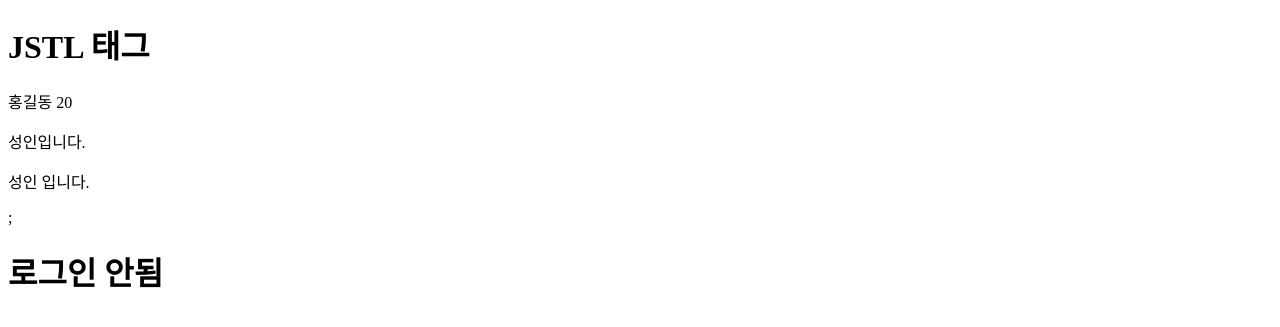
Repository: HwangEojin/homework
Page: http://localhost/day03/jstlTest2.jsp
These files come from the project's save history. The page is drawn as it stood at one moment and after the next save; the edit follows.
The browser window is 1280 px wide. The pictures show the whole page.
The page is served by Tomcat 9.

Above is the page before, as saved 2025-01-14 06:16:25.

After the next save:
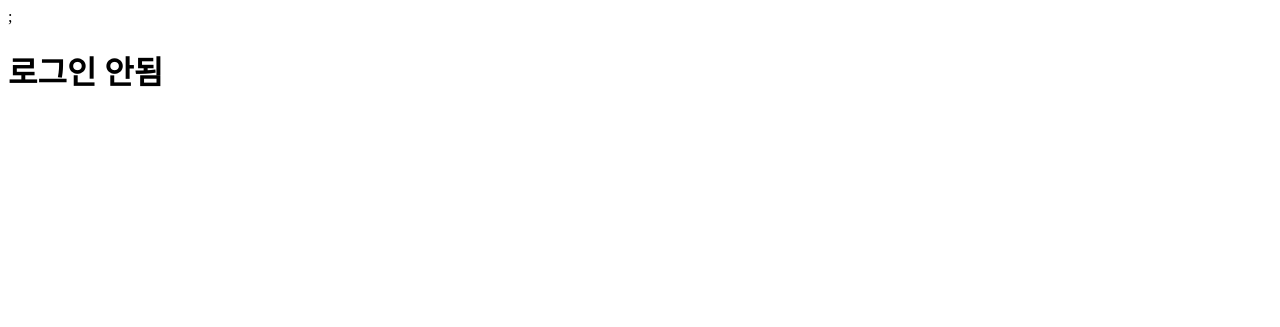
Saved 48 s later.
--- a/week09/day03/src/main/webapp/jstlTest2.jsp
+++ b/week09/day03/src/main/webapp/jstlTest2.jsp
@@ -9,6 +9,8 @@
 <title>Insert title here</title>
 </head>
 <body>
+
+<%--
 	<h1>JSTL 태그</h1>
 	<c:set var="name" value="홍길동"></c:set>
 	<c:set var="age" value="20" />
@@ -32,7 +34,7 @@
 		</c:otherwise>
 	</c:choose>
 
-	<%--  <c:set var="fruits" value="${['사과','바나나','체리'] }"></c:set>
+	  <c:set var="fruits" value="${['사과','바나나','체리'] }"></c:set>
       <ul>
          <c:forEach var="fruit" items="${fruits}">
             <li>${fruit}</li>
@@ -40,8 +42,7 @@
       </ul> --%>
 
 	<input type="hidden" name="id" value="admin">
-	<c:set var="id" value="${id}"></c:set>
-	;
+	<c:set var="id" value="${id}"></c:set>;
 
 	<c:choose>
 		<c:when test="${id=='admin'}">
